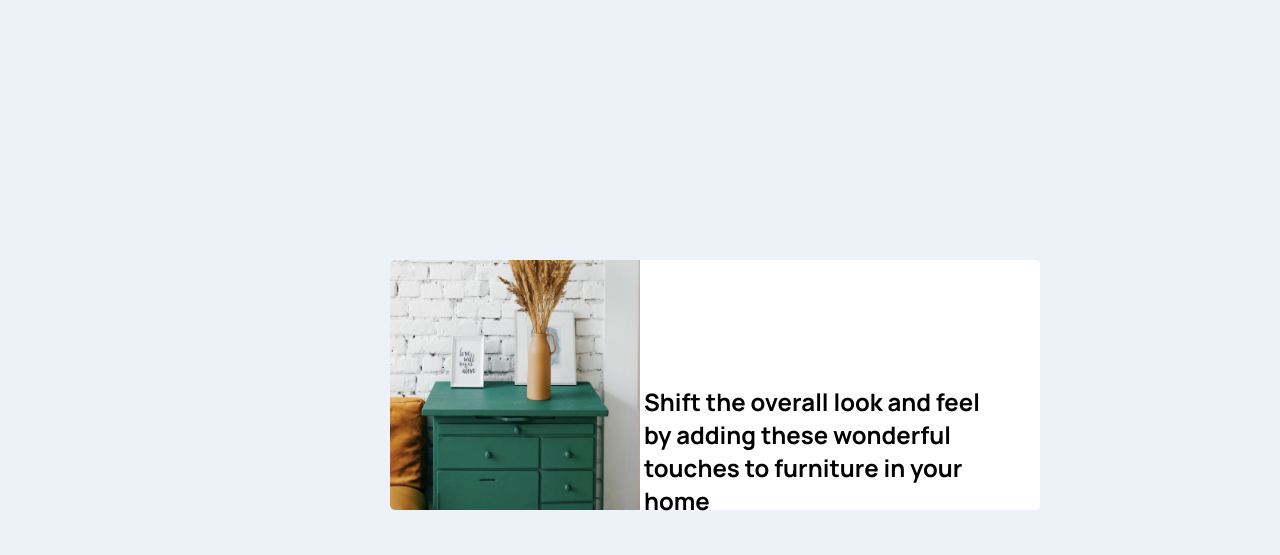
Repository: ricky603/training-css
Page: article-preview-component-master/index.html
The author's editor kept a copy of each file at every save. The page is drawn from the files as they stood at one save, then again after the next save.
The browser window is 1280 px wide. The pictures show the whole page.

Above is the page before, as saved 2020-09-09 08:16:58.

After the next save:
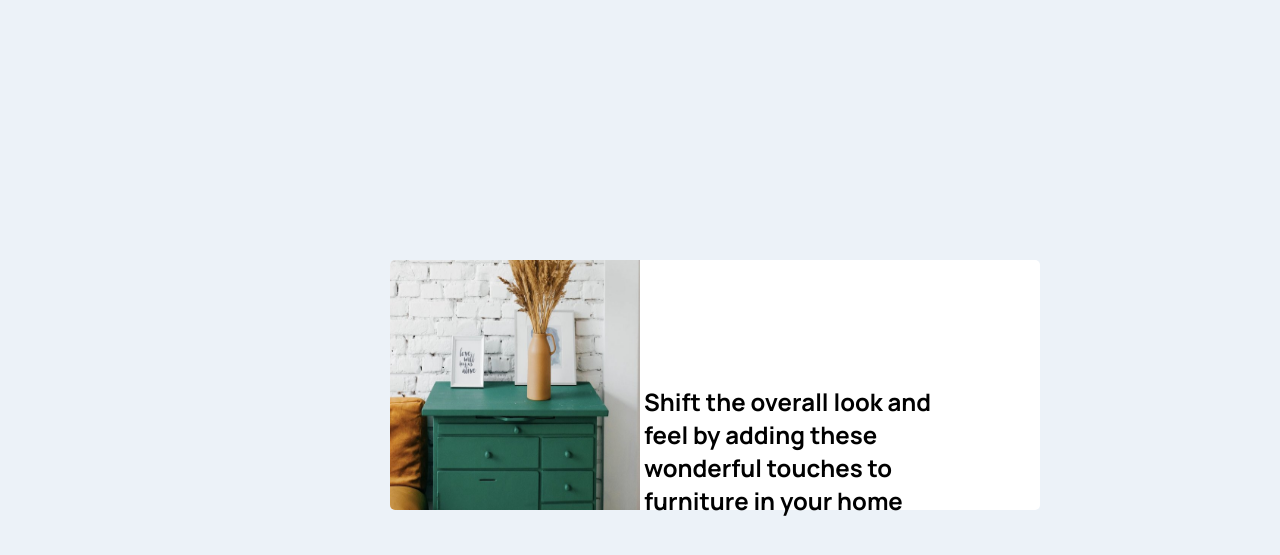
Saved 6 s later.
--- a/article-preview-component-master/styles.css
+++ b/article-preview-component-master/styles.css
@@ -13,7 +13,7 @@ h2 {
 
 .post {
     display: inline-block;
-    width: 52.5%;
+    width: 50%;
 }
 
 .head {
